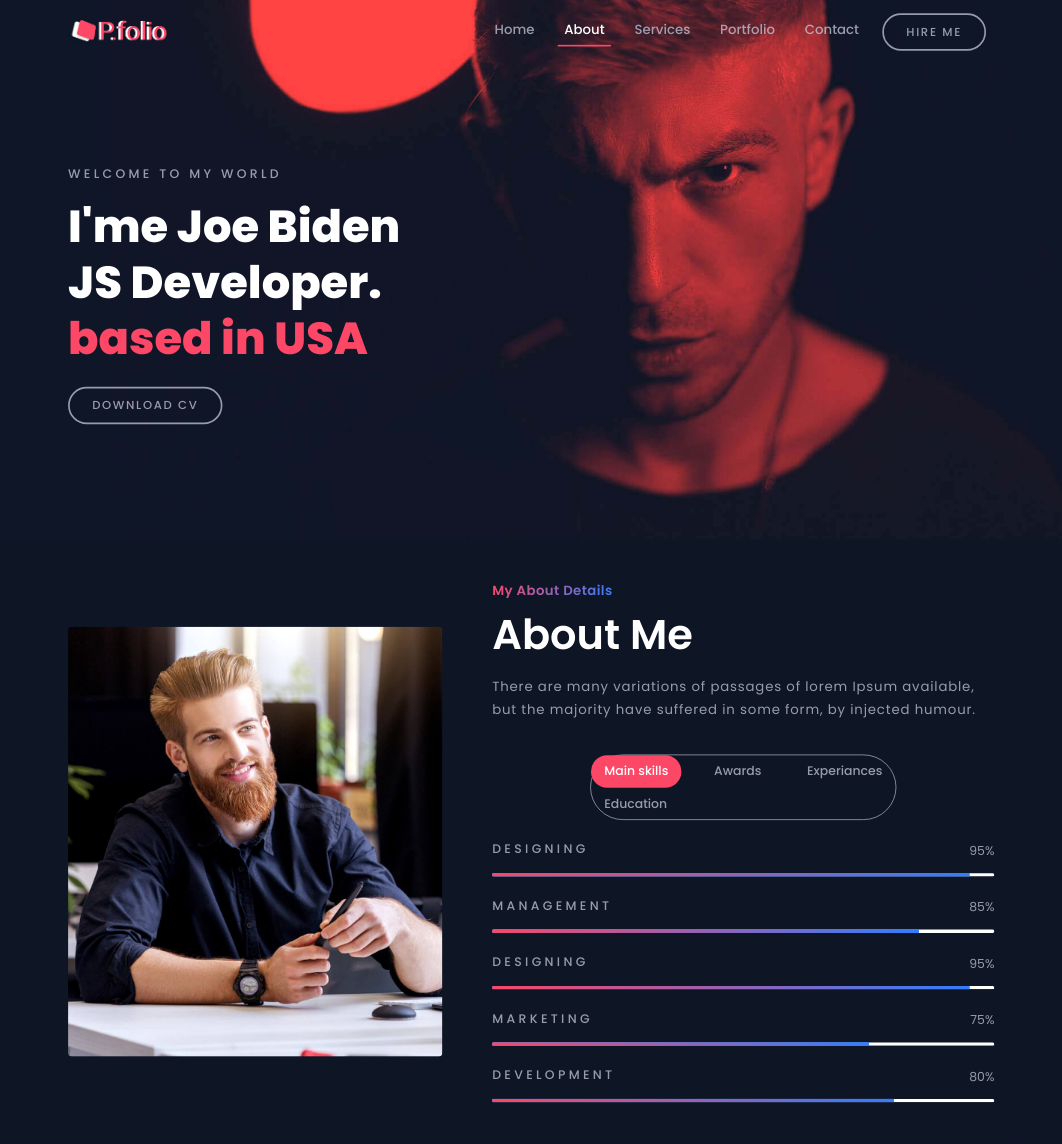
Repository: wadelfadill/Bootstrap_tache_3_responsive_portfolio
Page: index.html
An editor plug-in stored every save of this project. The page is shown before and after the next save, followed by the edit.
The browser window is 1280 px wide. The pictures show the whole page, at 83% of full size.
Backgrounds fixed to the window are drawn as part of the page. Some web libraries are served in a nearby version.

Above is the page before, as saved 2023-04-11 11:00:46.

### index.html
<!DOCTYPE html>
<html lang="en">
<head>
    <meta charset="UTF-8">
    <meta http-equiv="X-UA-Compatible" content="IE=edge">
    <meta name="viewport" content="width=device-width, initial-scale=1.0">
    <title>Bootstrap_Responsive_Portfolio</title>
    <!------ FAVICON ------->
    <link rel="icon" type="image/png" href="images/favicon.png">

    <!------------ Bootstrap link --------------->
    <link href="https://cdn.jsdelivr.net/npm/bootstrap@5.1.3/dist/css/bootstrap.min.css" rel="stylesheet" integrity="sha384-1BmE4kWBq78iYhFldvKuhfTAU6auU8tT94WrHftjDbrCEXSU1oBoqyl2QvZ6jIW3" crossorigin="anonymous">

    <!-------------- Font-awsome script  ------------->
    <script src="https://kit.fontawesome.com/8f130c8a35.js" crossorigin="anonymous"></script>

    <!------------ CSS files link  ------------->
    <link rel="stylesheet" href="css/style.css">
    <link rel="stylesheet" href="css/responsive-style.css">

    <!------------- Google-Font link ---------------->
    <link rel="stylesheet" href="https://fonts.googleapis.com/css2?family=Poppins%3Awght%40100%3B200%3B300%3B400%3B500%3B600%3B700%3B800%3B900&display=swap">
</head>
<body data-bs-spy="scroll" data-bs-target=".navbar" data-bs-offset="75">
    <!------------------------------------------------------>
        <!------------- Navbar Section ----------->
        <header class="header_wrapper">
            <nav class="navbar navbar-expand-lg fixed-top">
                <div class="container">
                  <a class="navbar-brand" href="#">
                    <img src="images/logo.png" alt="logo" class="img-fluid">
                  </a>
                  <button class="navbar-toggler" type="button" data-bs-toggle="collapse" data-bs-target="#navbarNav" aria-controls="navbarNav" aria-expanded="false" aria-label="Toggle navigation">
                    <i class="fa-solid fa-bars-staggered navbar-toggler-icon"></i>
                  </button>
                  <div class="collapse navbar-collapse justify-content-end" id="navbarNav">
                    <ul class="navbar-nav menu-navbar-nav">
                      <li class="nav-item">
                        <a class="nav-link active" aria-current="page" href="#home">Home</a>
                      </li>
                      <li class="nav-item">
                        <a class="nav-link" href="#about">About</a>
                      </li>
                      <li class="nav-item">
                        <a class="nav-link" href="#services">Services</a>
                      </li>
                      <li class="nav-item">
                        <a class="nav-link" href="#portfolio">Portfolio</a>
                      </li>
                      <li class="nav-item">
                        <a class="nav-link" href="#contact">Contact</a>
                      </li>
                      <li class="nav-item mt-3 mt-lg-0">
                        <a class="main-btn" href="#contact">Hire me</a>
                      </li>
                    </ul>
                  </div>
                </div>
              </nav>
        </header>
        <!----------- Navbar section end -------->
    <!------------------------------------------------------>
        <!----------- Banner section ------------->
        <section id="home" class="banner_wrapper">
            <div class="container">
                <div class="row">
                    <div class="col-sm-12 text-center text-md-start">
                        <h6>WELCOME TO MY WORLD</h6>
                        <h1>I'me Joe Biden <br> JS Developer. <span><br>based in USA</span></h1>
                        <div class="mt-4">
                            <a href="" class="main-btn">Download CV</a>
                        </div>
                    </div>
                </div>
            </div>
        </section>
        <!----------- Banner section end --------->
    <!------------------------------------------------------>
        <!----------- About section -------------->
        <section id="about" class="about_wrapper">
            <div class="container">
              <div class="row justify-content-between align-items-center">
                  <div class="col-lg-5 mb-lg-0">
                    <img src="images/about.jpg" alt="about-img" class="img-fluid rounded-3">
                  </div>
                  <div class="col-lg-7 ps-lg-5 text-center text-lg-start">
                    <div class="my-3 my-lg-0">
                      <span class="subtitle">My About Details</span>
                      <h2>About Me</h2>
                      <p>There are many variations of passages of lorem Ipsum available, but the majority have
                        suffered in some form, by injected humour.</p>
                    </div>
                    <div class="pt-4">
                      <ul class="nav nav-pills mb-3 justify-content-center justify-content-lg-between" id="pills-tab" role="tablist">
                        <li class="nav-item" role="presentation">
                          <button class="nav-link active" id="pills-skill-tab" data-bs-toggle="pill" data-bs-target="#pills-skill" type="button" role="tab" aria-controls="pills-skill" aria-selected="true">Main skills</button>
                        </li>
                        <li class="nav-item" role="presentation">
                          <button class="nav-link" id="pills-award-tab" data-bs-toggle="pill" data-bs-target="#pills-award" type="button" role="tab" aria-controls="pills-award" aria-selected="false">Awards</button>
                        </li>
                        <li class="nav-item" role="presentation">
                          <button class="nav-link" id="pills-experiance-tab" data-bs-toggle="pill" data-bs-target="#pills-experiance" type="button" role="tab" aria-controls="pills-experiance" aria-selected="false">Experiances</button>
                        </li>
                        <li class="nav-item" role="presentation">
                          <button class="nav-link" id="pills-education-tab" data-bs-toggle="pill" data-bs-target="#pills-education" type="button" role="tab" aria-controls="pills-education" aria-selected="false">Education</button>
                        </li>
                      </ul>
                      <div class="tab-content" id="pills-tabContent">
                        <div class="tab-pane fade show active" id="pills-skill" role="tabpanel" aria-labelledby="pills-skill-tab" tabindex="0">
                            <div class="single-progress">
                                <h6>Designing</h6>
                                <div class="progress">
                                  <div class="progress-bar" role="progressbar" aria-label="Basic example" style="width: 95%" aria-valuenow="25" aria-valuemin="0" aria-valuemax="100"></div>
                                </div>
                                <span class="label">95%</span>
                            </div>
                            <div class="single-progress">
                              <h6>Management</h6>
                              <div class="progress">
                                <div class="progress-bar" role="progressbar" aria-label="Basic example" style="width: 85%" aria-valuenow="25" aria-valuemin="0" aria-valuemax="100"></div>
                              </div>
                              <span class="label">85%</span>
                            </div>
                            <div class="single-progress">
                              <h6>Designing</h6>
                              <div class="progress">
                                <div class="progress-bar" role="progressbar" aria-label="Basic example" style="width: 95%" aria-valuenow="25" aria-valuemin="0" aria-valuemax="100"></div>
                              </div>
                              <span class="label">95%</span>
                            </div>
                            <div class="single-progress">
                              <h6>Marketing</h6>
                              <div class="progress">
                                <div class="progress-bar" role="progressbar" aria-label="Basic example" style="width: 75%" aria-valuenow="25" aria-valuemin="0" aria-valuemax="100"></div>
                              </div>
                              <span class="label">75%</span>
                            </div>
                            <div class="single-progress">
                              <h6>Development</h6>
                              <div class="progress">
                                <div class="progress-bar" role="progressbar" aria-label="Basic example" style="width: 80%" aria-valuenow="25" aria-valuemin="0" aria-valuemax="100"></div>
                              </div>
                              <span class="label">80%</span>
                            </div>
                        </div>
                        <div class="tab-pane fade" id="pills-award" role="tabpanel" aria-labelledby="pills-award-tab" tabindex="0">
                          <ul class="text-start ps-0">
                            <li>
                              <a href="#">
                              Awards.com<span>- Winner</span></a> 2019 -2020</li>
                            <li>
                              <a href="#">
                              CSS Design Awards<span>- Winner</span></a> 2017 - 2018</li>
                            <li>
                              <a href="#">
                              Design nominees<span>- Site of the day</span></a></li>
                            <li>
                              <a href="#">
                              Awards.com<span>- Winner</span></a> 2019 - 2020</li>
                          </ul>
                        </div>
                        <div class="tab-pane fade" id="pills-experiance" role="tabpanel" aria-labelledby="pills-experiance-tab" tabindex="0">
                          <ul class="text-start ps-0">
                              <li><a href="#">Sr. Front-end Engineer <span>- Google</span></a>2018 - Current</li>
                              <li><a href="#">Front-end Engineer<span>- Microsoft</span></a> 2017 - 2018</li>
                              <li><a href="#">Software Engineer<span>- Alibaba</span></a> 2013 - 2014</li>
                              <li><a href="#">Software Engineer<span>- Alibaba</span></a> 2013 - 2014</li>
                          </ul>
                        </div>
                        <div class="tab-pane fade" id="pills-education" role="tabpanel" aria-labelledby="pills-education-tab" tabindex="0">
                          <ul class="text-start ps-0">
                            <li><a href="#">Bsc In CSE <span>- ABC University, Los Angeles, CA</span></a>2010</li>
                            <li><a href="#">Dilploma in Computer Science<span>- Gama Technical</span></a> 2009</li>
                            <li><a href="#">Graphic Designer<span>- ABC Institute, Los Angeles, CA</span></a> 2007</li>
                            <li><a href="#">Graphic Designer<span>- ABC Institute, Los Angeles, CA</span></a> 2007</li>
                        </ul>
                        </div>
                      </div>
                    </div>
                  </div>
              </div>
            </div>
        </section>
        <!----------- About section end ---------->
    <!------------------------------------------------------->
        <!----------- Services section ----------->

        <!----------- Services section end ------->
    <!------------------------------------------------------->
        <!----------- Portfolio section ---------->

        <!----------- Portfolio section end ----->
    <!------------------------------------------------------->
        <!----------- Contact section ----------->

        <!----------- Contact section end ------->
    <!------------------------------------------------------->
        <!------------ Footer section ----------->

        <!------------ Footer section end ------->
    <!------------------------------------------------------->
        <!-- JS file link -->
        <script src="js/main.js"></script>
        <!---------------- bootstrap script -------------->
        <script src="https://cdn.jsdelivr.net/npm/bootstrap@5.1.3/dist/js/bootstrap.bundle.min.js" integrity="sha384-ka7Sk0Gln4gmtz2MlQnikT1wXgYsOg+OMhuP+IlRH9sENBO0LRn5q+8nbTov4+1p" crossorigin="anonymous"></script>
</body>
</html>

### css/style.css
/* TABLE OF CONTENTS */
/* --------------------
1. General
2.Navbar
3.Banner
4.About
5.Services
6.Portfolio
7.contact
8.Footer
---------------------- */

/* 1. General */
@import url('https://fonts.googleapis.com/css2?family=Poppins%3Awght%40100%3B200%3B300%3B400%3B500%3B600%3B700%3B800%3B900&display=swap');

*{
    box-sizing: border-box;
    margin: 0;
    padding: 0;
}
:root{
    /* Background Color */
    --primary-color:#FD4766;
    --secondary-color:#0e1525;
    --bg-dark-blue:#091020;
    --bg-white:#fff;
    --gray-color:#c6c9d8bf;
    --gradient-color: linear-gradient(-224deg, var(--primary-color) 0, #337Dff 100%);
    --gradient-text: linear-gradient(120deg, #1C99FE 20.69%, #7644FF 50.19%, var(--primary-color) 79.69%);
    filter: progid:DXImageTransform.Microsoft.gradient(startColorstr='var(--primary-color)', endColorstr='var(--secondary-color)', GradientType=1);

    /* Text Color */
    --primary-font: 'Poppins', 'sans-serif';
    --primary-text: #FD4766;
    --text-gray: #c6c9d8bf;
    --text-white:#fff;

}

body{
    font-family: var(--primary-font);
    background-color: var(--secondary-color);
}
a{
    text-decoration: none;
}

/* 2. custom css */
::-webkit-scrollbar{
    width: 6px;
}
::-webkit-scrollbar-track{
    background: var(--bg-dark-blue);
}
::-webkit-scrollbar-thumb{
    background: var(--primary-color);
}
input[type=number]::-webkit-inner-spin-button,
input[type=number]::-webkit-outer-spin-button{
    -webkit-appearance: none;
    margin: 0;
}

section{
    padding: 50px 0;
}
.main-btn{
    display: inline-block;
    border-radius: 50px;
    transition: all .4s ease-in-out;
    padding: 10px 27px;
    background-color: transparent;
    border: 2px solid var(--gray-color);
    color: var(--text-gray);
    font-weight: 500;
    font-size: 14px;
    text-transform: uppercase;
    letter-spacing: 2px;
    text-decoration: none;
}
.main-btn:hover{
    background-color: var(--primary-color);
    border-color: var(--primary-color);
    color: var(--text-white);

}
h1{
    font-size: 54px;
    line-height: 68px;
    font-weight: 800;
    color: var(--text-white);
    margin-bottom: 20px;
}
h1 span{
    color: var(--primary-color);
}
h2{
    font-size: 50px;
    line-height: 1.3;
    font-weight: 600;
    color: var(--text-white);
    margin-bottom: 15px;
}
h3{
    font-size: 20px;
    font-weight: 800;
    color: var(--text-white);
    margin-bottom: 19px;
}
h6{
    font-size: 15px;
    text-transform: uppercase;
    letter-spacing: 4px;
    display: block;
    color: var(--text-gray);
    margin-bottom: 20px;
}

p{
    color: var(--text-gray);
    font-size: 16px;
    line-height: 28px;
    letter-spacing: 1px;
    font-weight: 400;
}

.subtitle{
    display: inline-block;
    font-weight: 600;
    letter-spacing: 0.5px;
    line-height: 18px;
    font-size: 16px;
    margin-bottom: 12px;
    background: var(--gradient-color);
    -webkit-background-clip: text;
    -webkit-text-fill-color: transparent;
}
input:hover,
input:focus,
textarea:hover,
textarea:focus,
button{
    outline: none !important;
    box-shadow: none !important;
}

/* 2. Navbar */
.header_wrapper .navbar{
    padding: 15px 0;
    -webkit-transition: all .2s linear;
    -o-transition: all .2s linear;
    transition: all .2s linear;

}
.header_wrapper .navbar-brand img{
    max-width: 120px;
    height: auto;
}
.header_wrapper .navbar-toggler{
    border: 0;
    color: var(--gray-color);
    line-height: 2;
}
.header_wrapper .navbar-toggler:focus{
    box-shadow: none;
}
.header_wrapper .nav-item{
    margin: 0 10px;
}
.header_wrapper .nav-item .nav-link{
    position: relative;
    font-size: 16px;
    font-weight: 500;
    color: var(--text-gray);
    display: inline-block;
}
.header_wrapper .nav-item .nav-link::after{
    position: absolute;
    content: '';
    left: 0;
    width: 0;
    height: 2px;
    background: var(--primary-color);
    transition: 0.3s;
    bottom: 0;
}
.header_wrapper .nav-item .nav-link.active::after,
.header_wrapper .nav-item .nav-link:hover::after{
    width: 100%;

}
.header_wrapper .nav-item .nav-link.active,
.header_wrapper .nav-item .nav-link:hover{
     color: var(--text-white);
}
.header-scrolled{
    position: fixed;
    top: 0;
    left: 0;
    width: 100%;
    background-color: var(--bg-dark-blue);
    -webkit-box-shadow: 0 4px 6px 0 rgba(12, 0, 46, .05);
    box-shadow: 0 4px 6px 0 rgba(12, 0, 46, .05);
}
.header-scrolled .nav-item .nav-link.active,
.header-scrolled .nav-item .nav-link:hover{
     color: var(--primary-text);
}
/* 3. Banner */
.banner_wrapper{
    width: 100%;
    height: auto;
    min-height: 650px;
    background-image: url('../images/bg-image.jpg');
    background-repeat: no-repeat;
    background-position: center center;
    background-size: cover;
    background-attachment: fixed;
    padding: 200px 0 100px 0;
}
/* 4. About */
.about_wrapper ul.nav-pills{
    border: 1px solid var(--gray-color);
    border-radius: 50px;

}
.about_wrapper ul li .nav-link{
    border-radius: 50px;
    font-size: 15px;
    font-weight: 500;
    transition: all 0.45s cubic-bezier(0,0,0.2,1);
    display: inline-block;
    color: var(--text-gray);
    border: 0;
}
.about_wrapper ul li .nav-link.active{
    background-color: var(--primary-color);
}
.about_wrapper .single-progress{
    margin-top: 26px;
    position: relative;
    overflow: hidden;
}
.about_wrapper .single-progress .progress{
    height: 4px;
    box-shadow: none;
    border-radius: 4px;
    background-color: var(--bg-white);
    overflow: visible;
}
.about_wrapper .single-progress .progress-bar{
    background-image: var(--gradient-color);
}
.about_wrapper .single-progress h6{
    text-align: left;
}
.about_wrapper .single-progress .label{
    position: absolute;
    right: 0;
    top: 0;
    color: var(--text-gray);
    font-size: 15px;
}
.about_wrapper .tab-pane li{
    color: var(--gray-color);
    font-size: 16px;
    margin-bottom: 15px;
    font-weight: 300;
    list-style: none;
}
.about_wrapper .tab-pane li a{
    font-weight: 500;
    display: block;
    color: var(--text-gray);
}
.about_wrapper ul.nav-pills{
    width: 61%;
    margin: auto;
}

### css/responsive-style.css
@media (max-width:991px){

    /* Custom css */
    section{
        padding: 30px 0;
    }
    h2{
        font-size: 30px;
        line-height: 40px;
    }
    h3{
        font-size: 20px;
    }
    /* 2. Navbar */
    .header-scrolled{
        height: auto;
    }
    .header_wrapper .menu-navbar-nav{
        text-align: center;
        background-color: var(--bg-dark-blue);
        padding-bottom: 15px;
    }
    .header_wrapper .nav-item .nav-link{
        margin-top: 15px;
    }
    /* banner wrapper */
    .banner_wrapper{
        padding: 200px 0;
    }
}



@media (max-width:767px){
    /* Custom css */
    section{
        padding: 30px 0;
    }
    h1{
        font-size: 40px;
        line-height: 48px;
    }
    h2{
        font-size: 25px;

    }
    p{
        font-size: 13px;
        line-height: 24px;
    }
}

### js/main.js
//Header Scroll
let nav = document.querySelector(".navbar");
window.onscroll = function () {
    if(document.documentElement.scrollTop > 20){
        nav.classList.add("header-scrolled");
    }else{
        nav.classList.remove("header-scrolled");
    }
}

// nav hide
let navBar = document.querySelectorAll(".nav-link");
let navCollapse = document.querySelector(".navbar-collapse.collapse");
navBar.forEach(function(a){
    a.addEventListener("click", function(){
        navCollapse.classList.remove("show")
    })
})

After the next save:
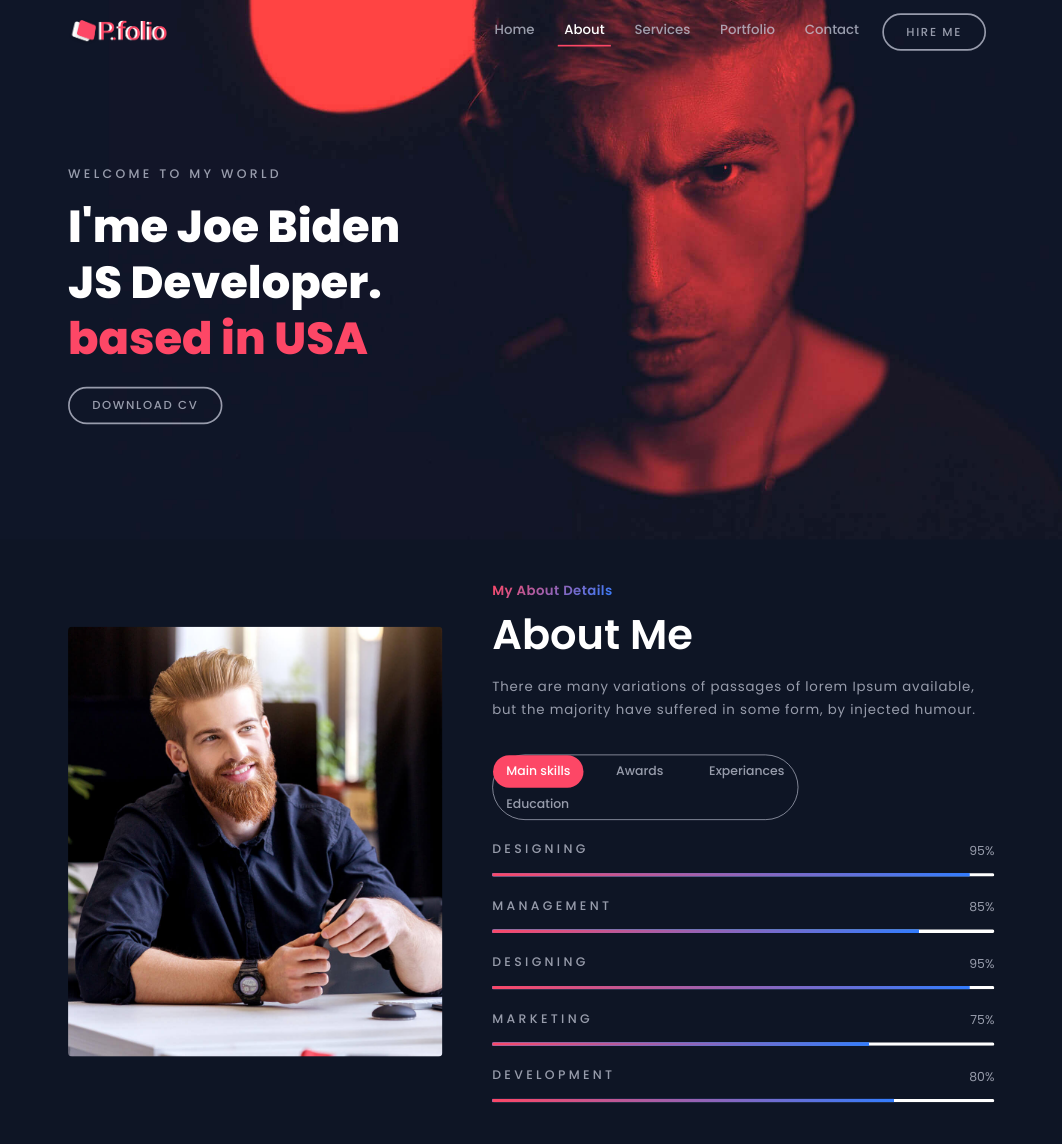
Saved 2 min 21 s later.
--- a/css/style.css
+++ b/css/style.css
@@ -275,5 +275,5 @@ button{
 }
 .about_wrapper ul.nav-pills{
     width: 61%;
-    margin: auto;
-}
+    /* margin: auto; */
+}
